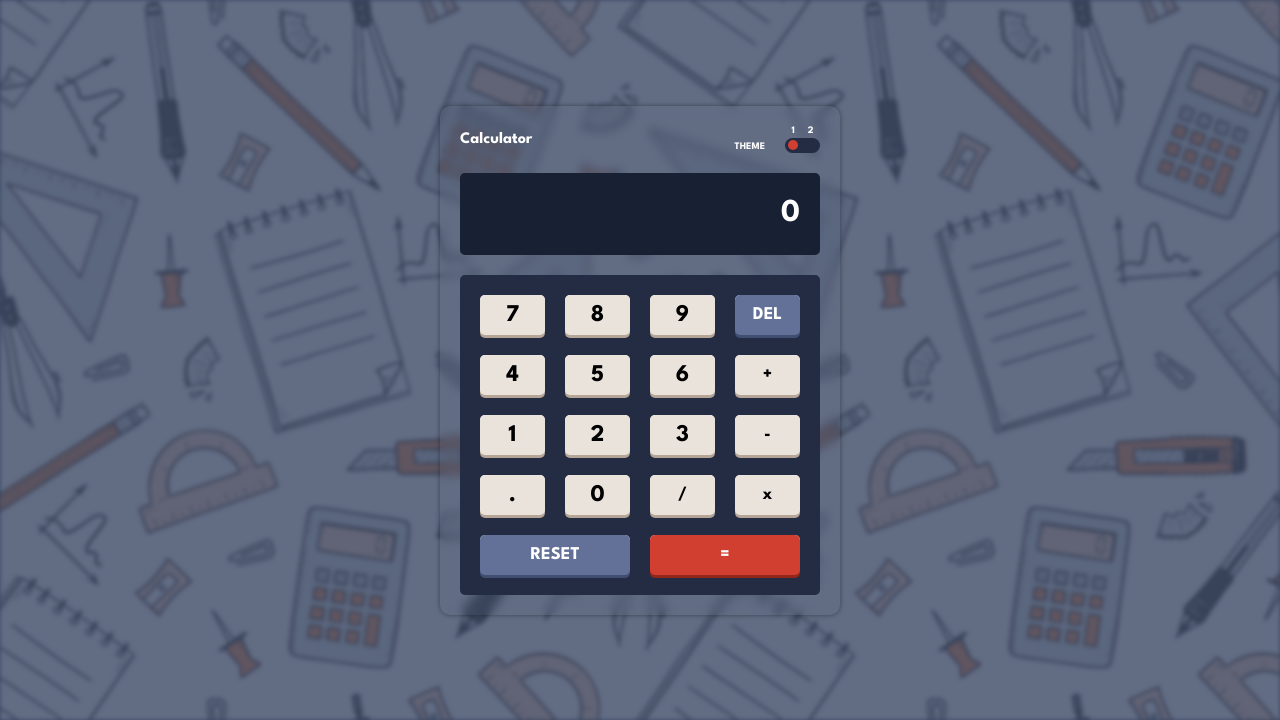
Repository: Ebtehal18/calculator
Page: index.html
An editor plug-in stored every save of this project. The page is shown before and after the next save, followed by the edit.
The browser window is 1280 px wide. The pictures show the whole page.
After loading, the first visible `span.themes__toggle` was clicked once.

Above is the page before, as saved 2024-02-05 17:19:50.

After the next save:
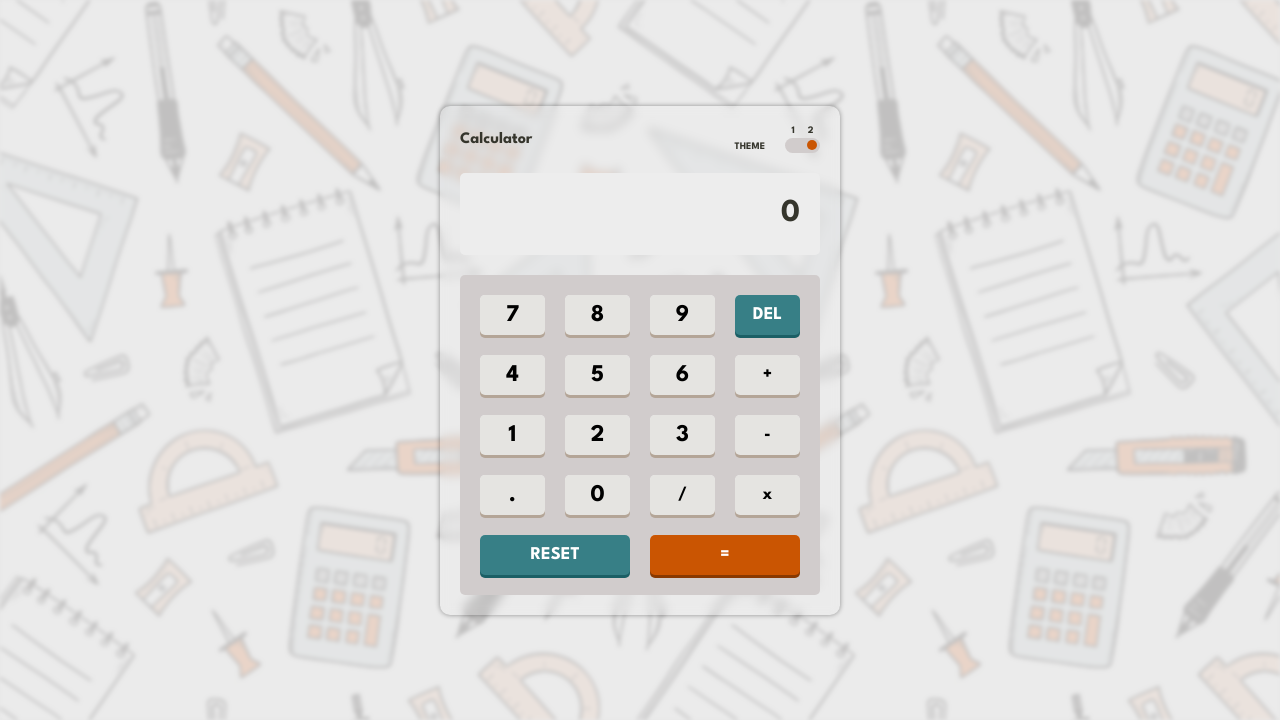
Saved 2 min 57 s later.
--- a/script.js
+++ b/script.js
@@ -1,5 +1,5 @@
 const toggle = document.querySelector(".themes__toggle");
 const container = document.querySelector(".container");
 toggle.addEventListener("click", () => {
-  container.classList.toggle("themes__toggle--isActive");
+  toggle.classList.toggle("themes__toggle--isActive");
 });
